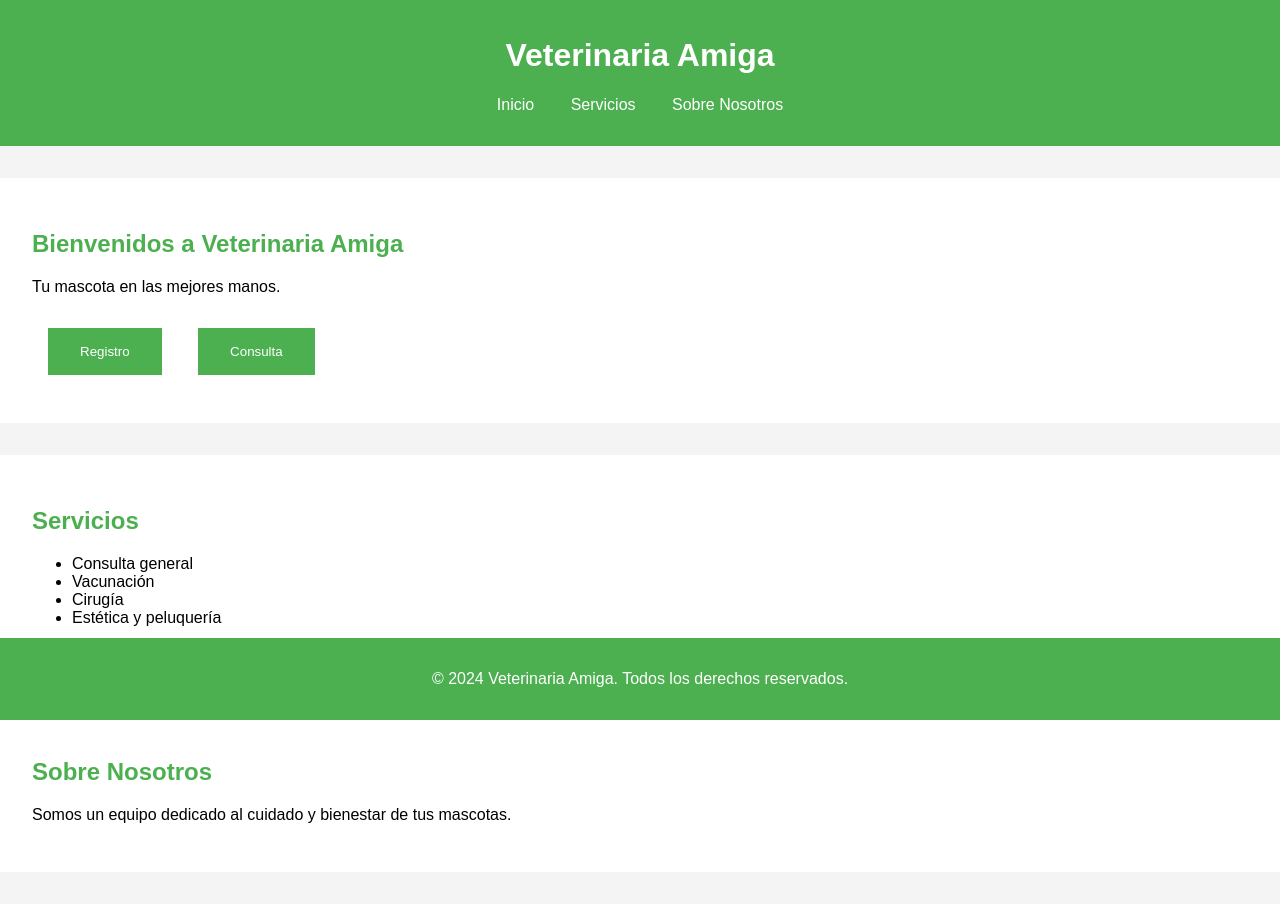
Repository: Lexhon/ProyectoFinal
Page: template/index.html
The author's editor kept a record of every edit. The page is drawn from the files as they stood at one moment, then again after the next edit.
The browser window is 1280 px wide. The pictures show the whole page.

Above is the page before.
Console error: TypeError: Cannot read properties of null (reading 'addEventListener')

### template/index.html
<!DOCTYPE html>
<html lang="es">
<head>
    <meta charset="UTF-8">
    <meta name="viewport" content="width=device-width, initial-scale=1.0">
    <title>Veterinaria Amiga</title>
    <link rel="stylesheet" href="../static/css/styleIndex.css" type="text/css" media="all" />
    <script src="../static/js/appGlobal.js" type="text/javascript" charset="utf-8"></script>
</head>
<body>
    <header>
        <h1>Veterinaria Amiga</h1>
        <nav>
            <ul>
                <li><a href="#inicio">Inicio</a></li>
                <li><a href="#servicios">Servicios</a></li>
                <li><a href="#sobre-nosotros">Sobre Nosotros</a></li>
            </ul>
        </nav>
    </header>

    <section id="inicio">
        <h2>Bienvenidos a Veterinaria Amiga</h2>
        <p>Tu mascota en las mejores manos.</p>
        <button onclick="location.href='registro.html'">Registro</button>
        <button onclick="location.href='consulta.html'">Consulta</button>
    </section>

    <section id="servicios">
        <h2>Servicios</h2>
        <ul>
            <li>Consulta general</li>
            <li>Vacunación</li>
            <li>Cirugía</li>
            <li>Estética y peluquería</li>
        </ul>
    </section>

    <section id="sobre-nosotros">
        <h2>Sobre Nosotros</h2>
        <p>Somos un equipo dedicado al cuidado y bienestar de tus mascotas.</p>
    </section>

    <footer>
        <p>&copy; 2024 Veterinaria Amiga. Todos los derechos reservados.</p>
    </footer>
</body>
</html>

### static/css/styleIndex.css
/* styles.css */
body {
    font-family: Arial, sans-serif;
    margin: 0;
    padding: 0;
    background-color: #f4f4f4;
}

header {
    background-color: #4CAF50;
    color: white;
    padding: 1rem 0;
    text-align: center;
}

nav ul {
    list-style: none;
    padding: 0;
}

nav ul li {
    display: inline;
    margin: 0 1rem;
}

nav ul li a {
    color: white;
    text-decoration: none;
}

section {
    padding: 2rem;
    margin: 2rem 0;
    background-color: white;
}

h2 {
    color: #4CAF50;
}

form {
    display: flex;
    flex-direction: column;
}

form label {
    margin-top: 1rem;
}

form input, form textarea, form select {
    padding: 0.5rem;
    margin-top: 0.5rem;
}

form button {
    margin-top: 1rem;
    padding: 0.5rem;
    background-color: #4CAF50;
    color: white;
    border: none;
    cursor: pointer;
}

footer {
    background-color: #4CAF50;
    color: white;
    text-align: center;
    padding: 1rem 0;
    position: fixed;
    width: 100%;
    bottom: 0;
}

button {
    padding: 1rem 2rem;
    margin: 1rem;
    background-color: #4CAF50;
    color: white;
    border: none;
    cursor: pointer;
}

button:hover {
    background-color: #45a049;
}

### static/js/appGlobal.js
// scripts.js
document.querySelector('form').addEventListener('submit', function(event) {
    event.preventDefault();
    alert('Formulario enviado. ¡Gracias por registrarte o consultar con nosotros!');
});

After the next edit:
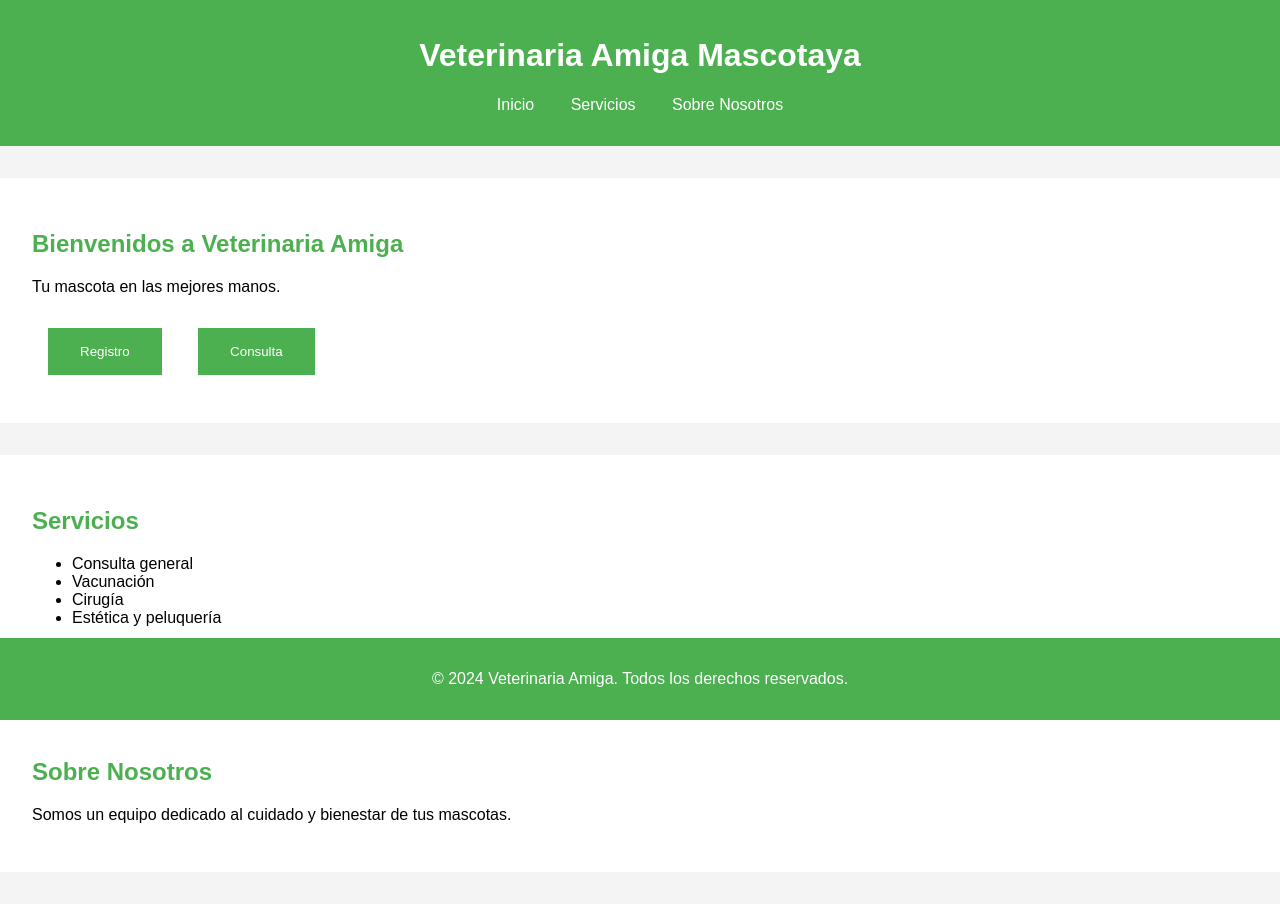
The edit:
--- a/template/index.html
+++ b/template/index.html
@@ -9,7 +9,7 @@
 </head>
 <body>
     <header>
-        <h1>Veterinaria Amiga</h1>
+        <h1>Veterinaria Amiga Mascotaya</h1>
         <nav>
             <ul>
                 <li><a href="#inicio">Inicio</a></li>
